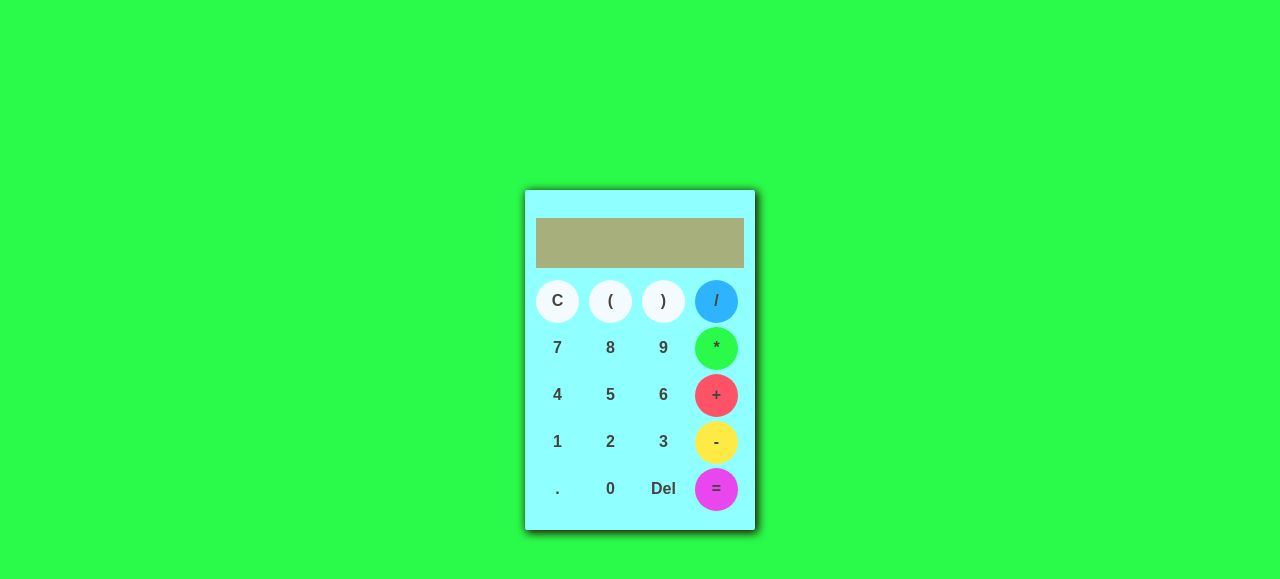
Repository: ServerK001/CalcJsVanilha
Page: index.html
The author's editor kept a copy of each file at every save. The page is drawn from the files as they stood at one save, then again after a run of saves.
The browser window is 1280 px wide. The pictures show the whole page.

Above is the page before, as saved 2022-02-15 18:34:59.

### index.html
<!DOCTYPE html>
<html lang="pt-br">
<head>
    <meta charset="UTF-8">
    <meta http-equiv="X-UA-Compatible" content="IE=edge">
    <meta name="viewport" content="width=device-width, initial-scale=1.0">
    <script src="index.js" ></script>
    <link rel="stylesheet" href="style.css">


    <title>Calculadora</title>
</head>
<body>

        <section class="conteiner">


            <table class="calculadora">
                <tr>
                    <td colspan="4"><input type="text" class="display"></td>
                </tr>

                <tr>
                    <td><button class="btn btn_1 btn-clear">C</button></td>
                    <td><button class="btn btn_1 btn-num">(</button></td>
                    <td><button class="btn btn_1 btn-num">)</button></td>
                    <td><button class="btn btn_2 btn-num">/</button></td>
                </tr>

                <tr>
                    <td><button class="btn btn-num">7</button></td>
                    <td><button class="btn btn-num">8</button></td>
                    <td><button class="btn btn-num">9</button></td>
                    <td><button class="btn btn_3 btn-num">*</button></td>
                </tr>
                <tr>
                    <td><button class="btn btn-num">4</button></td>
                    <td><button class="btn btn-num">5</button></td>
                    <td><button class="btn btn-num">6</button></td>
                    <td><button class="btn btn_4 btn-num">+</button></td>
                </tr>
                <tr>
                    <td><button class="btn btn-num">1</button></td>
                    <td><button class="btn btn-num">2</button></td>
                    <td><button class="btn btn-num">3</button></td>
                    <td><button class="btn btn_5 btn-num">-</button></td>
                </tr>
                <tr>
                    <td><button class="btn  btn-num">.</button></td>
                    <td><button class="btn btn-num">0</button></td>
                    <td><button class="btn btn-del">Del</button></td>
                    <td><button class="btn btn_6 btn-num">=</button></td>
                </tr>

            </table>


        </section>

</body>
</html>

### index.js
console.log('Olá mundo')

### style.css
@font-face { font-family: DisplayOFT;
    src: url('./font/DisplayOTF.otf'); }

:root{
    --btn: #44443c;
    --font-display:#435338;
    --displayBG:#a7af7c;
    --bgCalc:#90FFFF;
    --bgConteiner:#5b5b5b;

    /*Bootuns Colors*/

    --btn_1:#F4FBFF;
    --btn_2:#2EB4FF;
    --btn_3:#2AFB4B;
    --btn_4:#FE5367;
    --btn_5:#FDEA44;
    --btn_6:#EA46ED;
    --btnHover: #c5e9fd;




}

.display{

    font-size: 1rem;
    width: 100%;
    height: 50px;
    text-align: right;
    font-family: "DisplayOFT";
    font-size: 1.5rem;
    color: var(--font-display);
    background-color: var(--displayBG);

        border: none;
}

input[type=text] {
    width: 100%;
    padding: 12px 20px;
    margin: 8px 0;
    box-sizing: border-box;
    transition: 0.3s;

  }
  input[type=text]:focus {
        height: 52px;

  }

.btn{
    font-size: 1rem;
    font-weight: bold;
    color:var(--btn);
    background-color: var(--bgBtn);
    padding: 0.5rem ;
    border-radius: 50%;
    align-items: center;
    border: none;
    height: 43px;
    width: 43px;
    text-align: center;
    transition: 0.3s;
}.btn:hover{
    background-color: var(--btnHover) ;
}


.calculadora{
    display: flex;
    align-items: center;
    justify-content: center;
    background-color: var(--bgCalc);
    padding: 0.5rem;
    height: 340px;
    width: 230px;
    border-radius: 2px;
    box-shadow: 2px 2px 10px 1px #240502;

}


.body{
    background-color: var(--bgConteiner);
    padding: 1rem;
}

.btn_1{background-color:var(--btn_1)}
.btn_2{background-color:var(--btn_2)}
.btn_3{background-color:var(--btn_3)}
.btn_4{background-color:var(--btn_4)}
.btn_5{background-color:var(--btn_5)}
.btn_6{background-color:var(--btn_6)}

.conteiner{
    display: flex;
    align-items: center;
    justify-content: center;
    height: 100vh;
    background-color: #2AFB4B;
}




html, body{
    box-sizing:none;
    margin: 0 auto;
    border: none;
    padding: 0;
    line-height: 1;


}

After the next 3 saves:
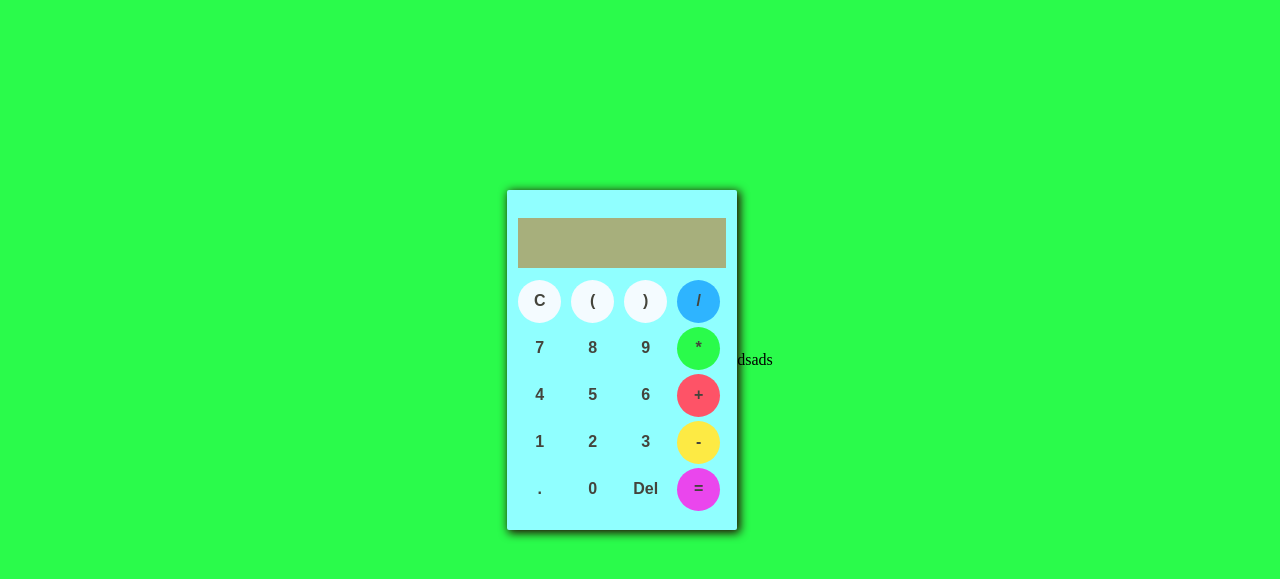
The 3 saves are shown as one change because they came seconds apart.
The last was saved 40 s later.
--- a/index.html
+++ b/index.html
@@ -53,7 +53,9 @@
                 </tr>
 
             </table>
-
+           <div>
+               dsads
+           </div>
 
         </section>
 
